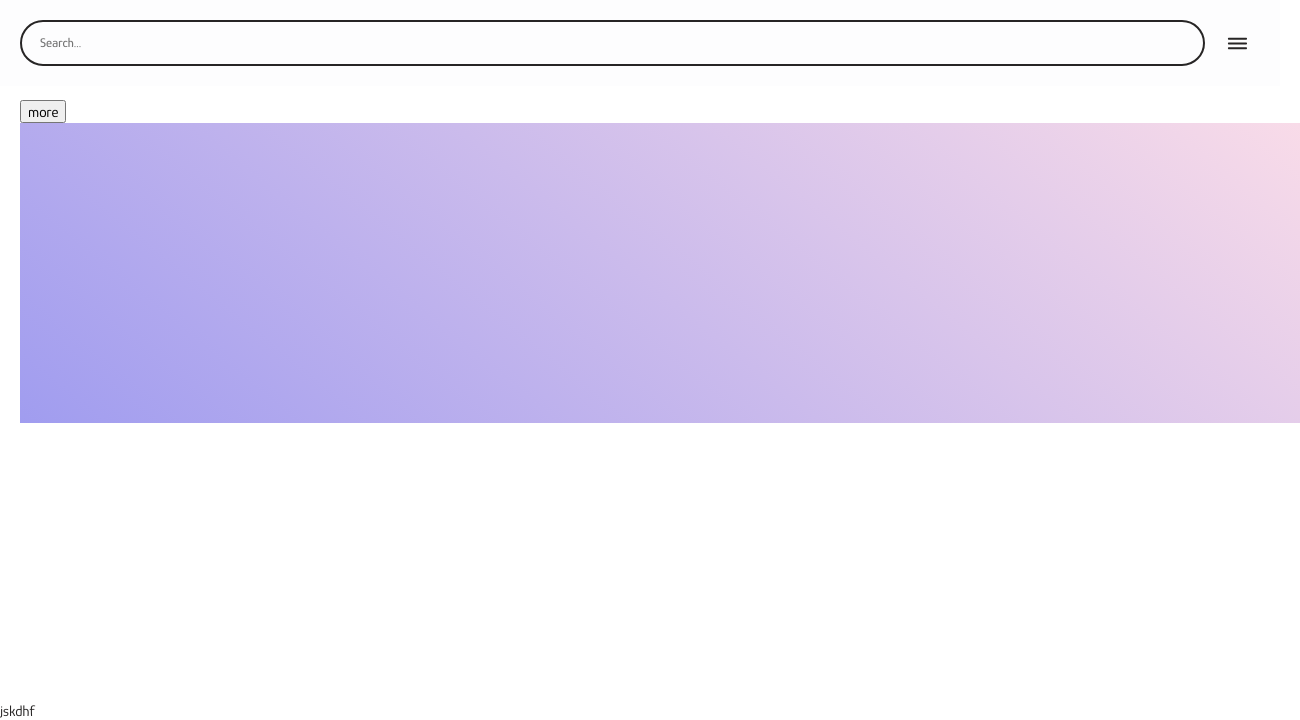
Repository: Axeliriya/my-test
Page: /
These files come from the project's save history. The page is drawn as it stood at one moment and after the next save; the edit follows.
The browser window is 1280 px wide. The page is 1300 px wide, then 1280 px, so the pictures cover 1300 px, including what lies to the right of the window. The pictures show the whole page.
The page's requests for data from a server got no answer. The project was rebuilt for these pictures with package versions that can differ from the ones it lists, and the page was loaded fresh each time. No one was signed in, and anything a server would have sent is missing. Also part of the build but not shown: src/components/ProductList/ProductList.tsx, src/components/ProductItem/ProductItem.tsx.

Above is the page before, as saved 2022-04-05 15:30:25.

After the next save:
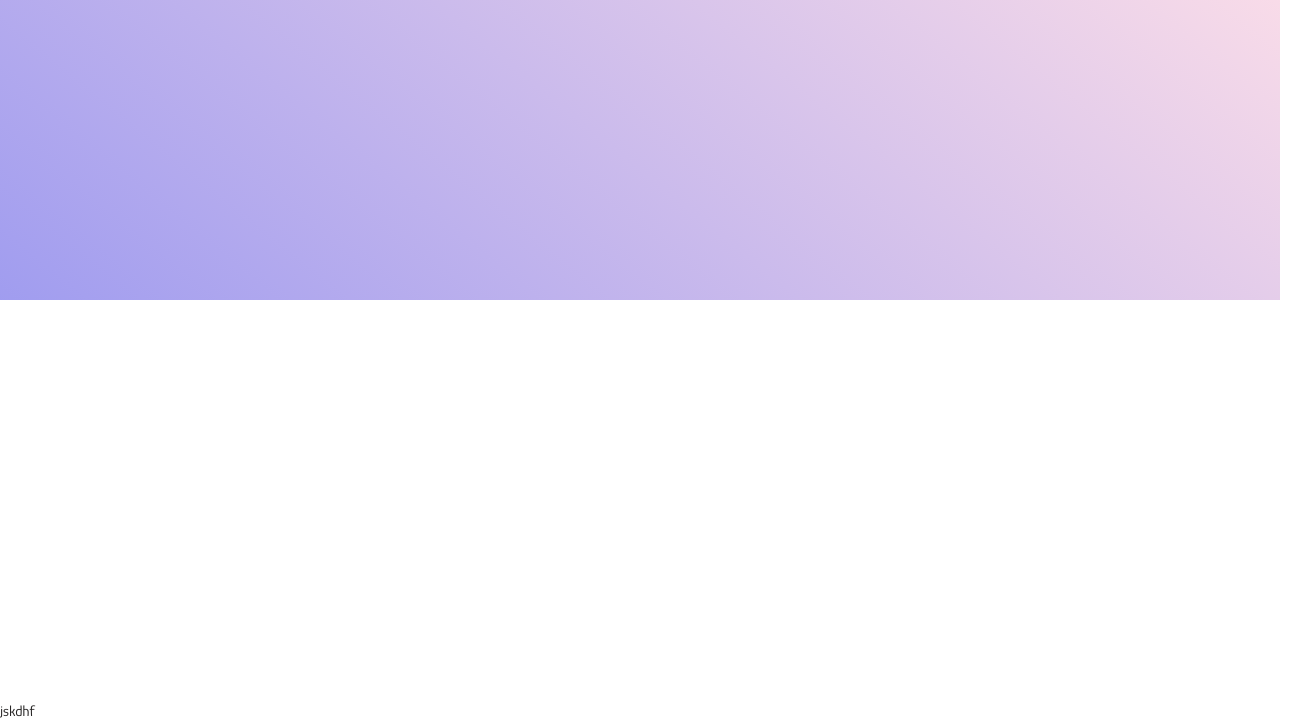
Saved 27 s later.
--- a/src/components/Main/Main.module.scss
+++ b/src/components/Main/Main.module.scss
@@ -7,6 +7,8 @@
 
 .bg {
   position: absolute;
+  top: 0;
+  left: 0;
   width: 100%;
   height: 300px;
   background: $main-gradient;
